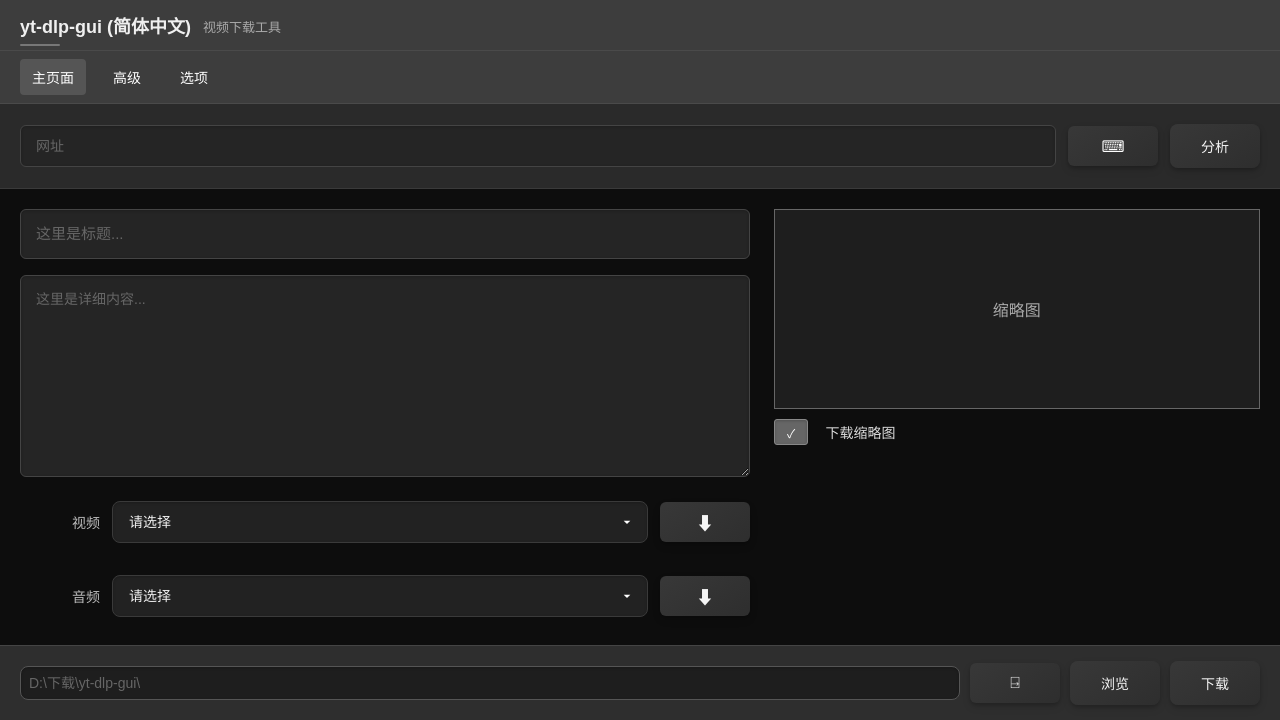
Repository: zArvin6808/yt-TubeSaver
Page: index.html
The author's editor kept a copy of each file at every save. The page is drawn from the files as they stood at one save, then again after the next save.
The browser window is 1280 px wide. The pictures show the whole page.

Above is the page before, as saved 2025-06-07 17:05:56.

After the next save:
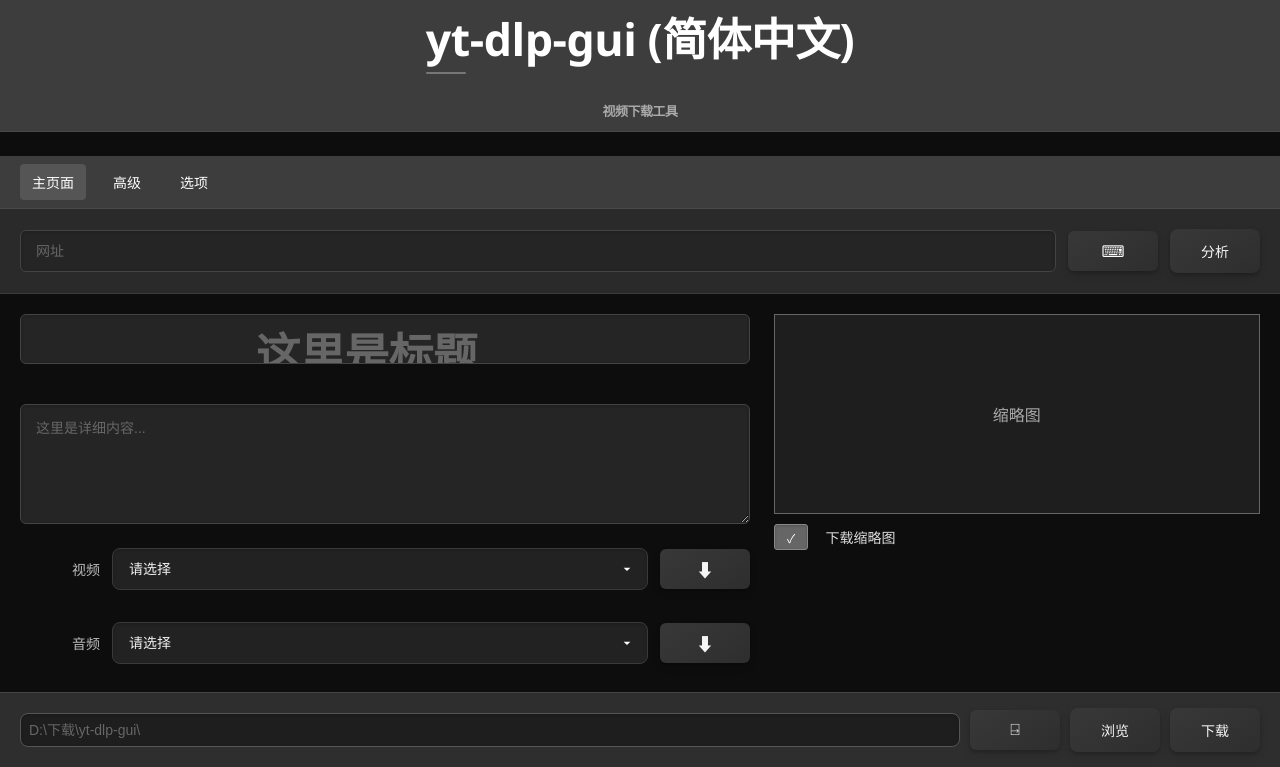
Saved 3 min 36 s later.
--- a/style.css
+++ b/style.css
@@ -616,18 +616,20 @@
       -webkit-font-smoothing: antialiased;
     }
 
-    /* 增强版应用标题美化 */
-    .app-title {
+    /* 通用主标题美化 - 强制生效 */
+    h1, .app-title, .main-title, [class*="title"] {
       font-family: 'Segoe UI', 'PingFang SC', 'Microsoft YaHei', sans-serif;
-      font-size: 2.8rem;
-      font-weight: 800;
+      font-size: 2.8rem !important;
+      font-weight: 800 !important;
       letter-spacing: -0.5px;
       line-height: 1.2;
-      margin: 0 0 1.5rem;
+      margin: 0 0 1.5rem !important;
       display: flex;
       flex-direction: column;
       align-items: center;
       perspective: 500px;
+      color: #fff;
+      text-align: center;
     }
 
     .app-title .main-text {
